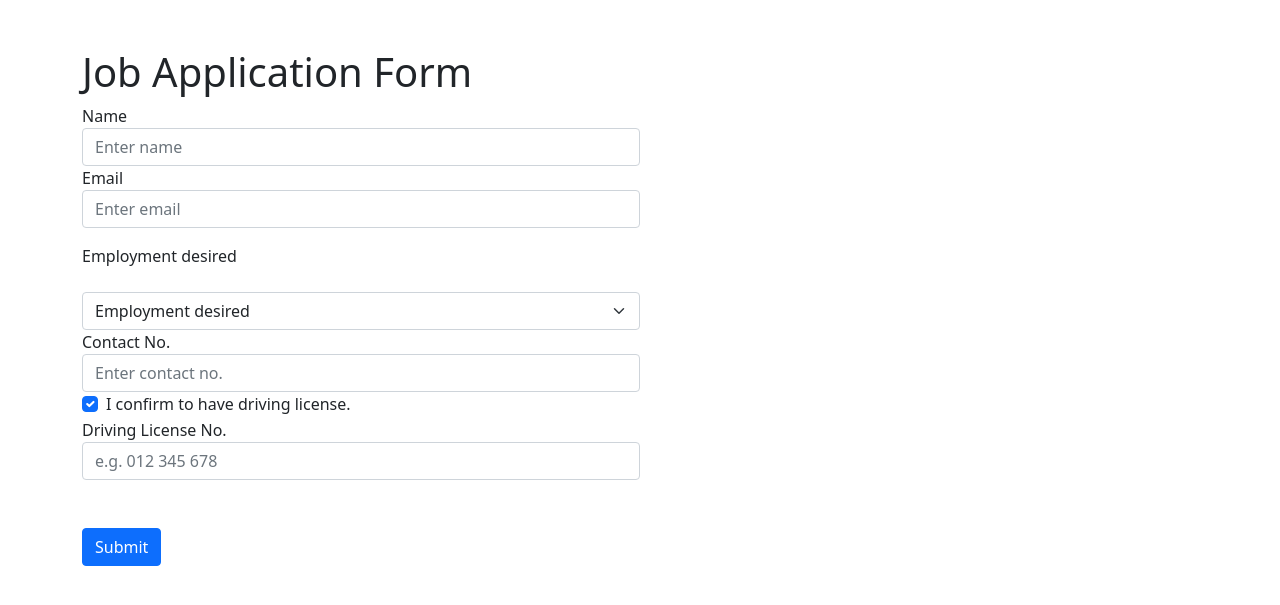
Repository: ahmedibrahimhassan654/dynamic-form-assignment
Page: /
The author's editor kept a copy of each file at every save. The page is drawn from the files as they stood at one save, then again after a run of saves.
The browser window is 1280 px wide. The pictures show the whole page.
The project was rebuilt for these pictures with package versions that can differ from the ones it lists, and the page was loaded fresh each time.

Above is the page before, as saved 2022-02-10 12:11:41.

After the next 2 saves:
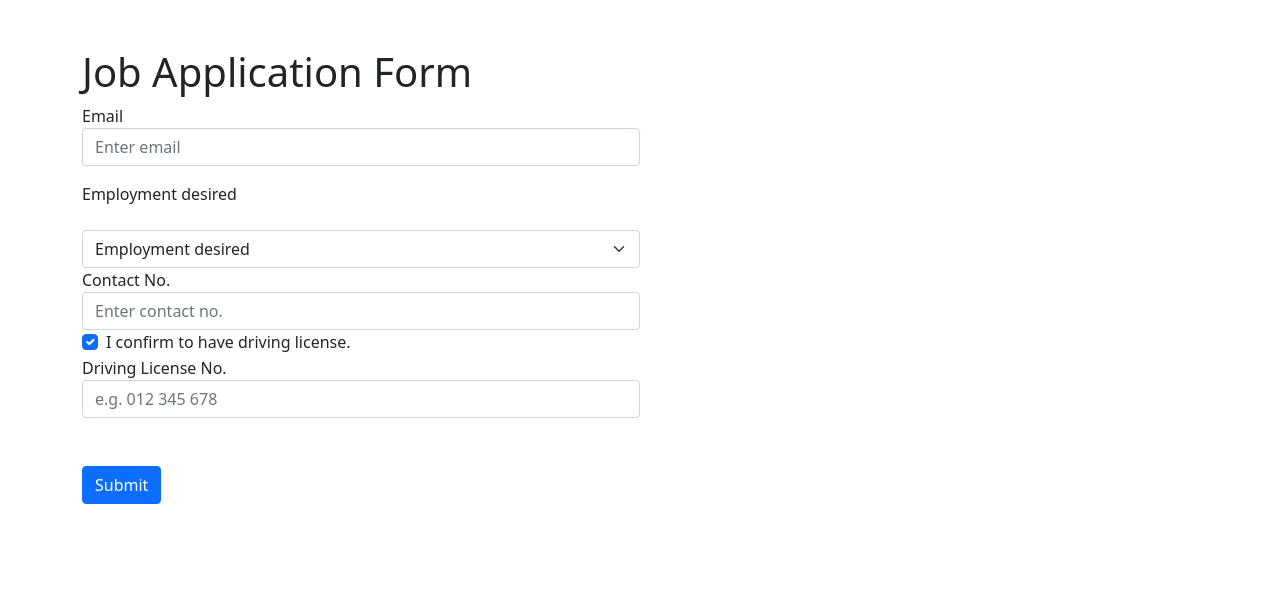
The 2 saves are shown as one change because they came seconds apart.
The last was saved 6 s later.
--- a/src/formElement.json
+++ b/src/formElement.json
@@ -2,17 +2,6 @@
   {
     "page_label": "Job Application Form",
     "fields": [
-
-
-      {
-        "field_id": "english_name",
-        "field_label": "Name",
-        "field_mandatory": "yes",
-        "field_placeholder": "Enter name",
-        "field_type": "text",
-        "field_value": ""
-      },
-
       {
         "field_id": "email",
         "field_label": "Email",
